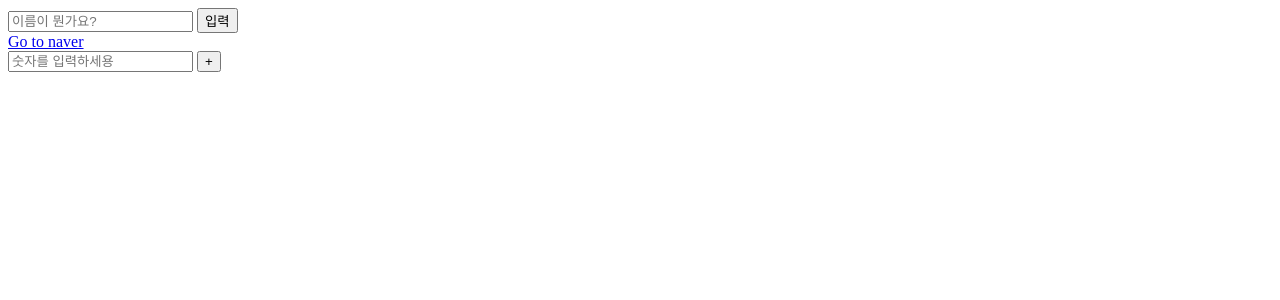
Repository: jun01270/F-E-practice
Page: index.html
The author's editor kept a copy of each file at every save. The page is drawn from the files as they stood at one save, then again after the next save.
The browser window is 1280 px wide. The pictures show the whole page.

Above is the page before, as saved 2022-12-22 15:50:39.

### index.html
<!DOCTYPE html>
<html lang="en">
  <head>
    <meta charset="UTF-8" />
    <meta http-equiv="X-UA-Compatible" content="IE=edge" />
    <meta name="viewport" content="width=device-width, initial-scale=1.0" />
    <link rel="stylesheet" href="style.css" />
    <title>Document</title>
  </head>
  <body>
    <form id="userName-form">
      <input required type="text" placeholder="이름이 뭔가요?" />
      <input type="submit" value="입력" />
    </form>
    <a href="https://naver.com">Go to naver</a>
    <form>
      <input type="text" placeholder="숫자를 입력하세용" />
      <input type="submit" value="+" />
    </form>
    <script src="app.js"></script>
  </body>
</html>

### style.css
.Boom {
  width: 200px;
  height: 200px;
}

.lucky {
  width: 200px;
  height: 200px;
}

### app.js
const userNameBtn = document.querySelector("#userName-form submit");
const userName = document.querySelector("#userName-form text");
const loginForm = document.querySelector("#userName-form ");
const form = document.querySelector("a");

function onLoginSubmit() {
  const userNameValue = userName.value;
  console.log(userNameValue);
}

function clicked(e) {
  e.preventDefault();
  console.log(e);
}

loginForm.addEventListener("submit", onLoginSubmit);
form.addEventListener("click", clicked);

After the next save:
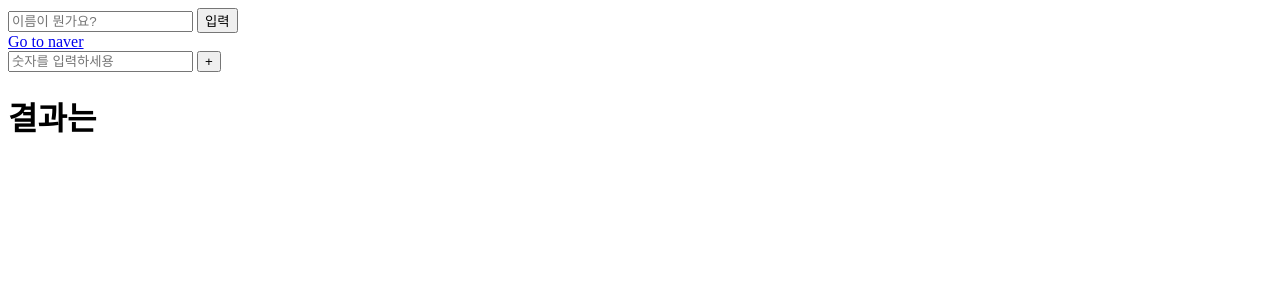
Saved 24 s later.
--- a/index.html
+++ b/index.html
@@ -17,6 +17,7 @@
       <input type="text" placeholder="숫자를 입력하세용" />
       <input type="submit" value="+" />
     </form>
+    <h1>결과는</h1>
     <script src="app.js"></script>
   </body>
 </html>
